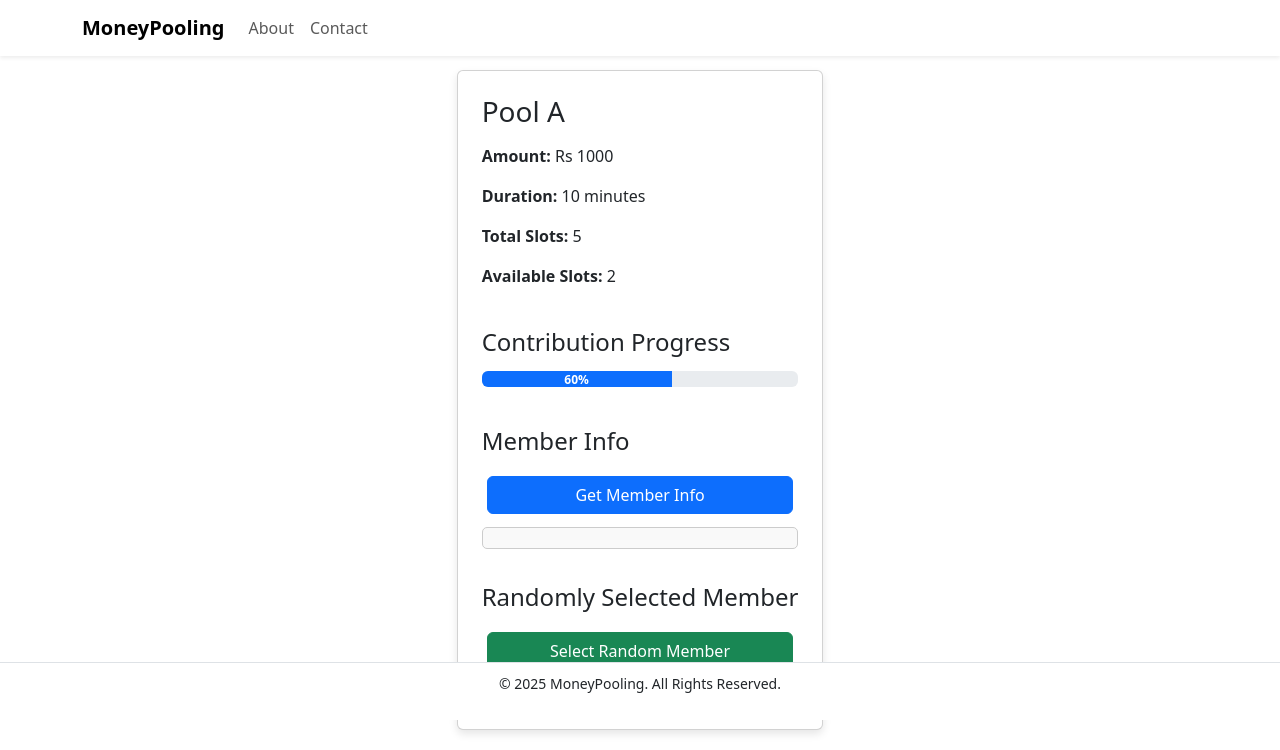
Repository: xxgautm420/MoneyPool
Page: http://localhost/progress
The author's editor kept a copy of each file at every save. The page is drawn from the files as they stood at one save, then again after the next save.
The browser window is 1280 px wide. The pictures show the whole page.
The page is served by the project's application, run on Flask 3 (app.py).

Above is the page before, as saved 2025-03-02 14:11:23.

After the next save:
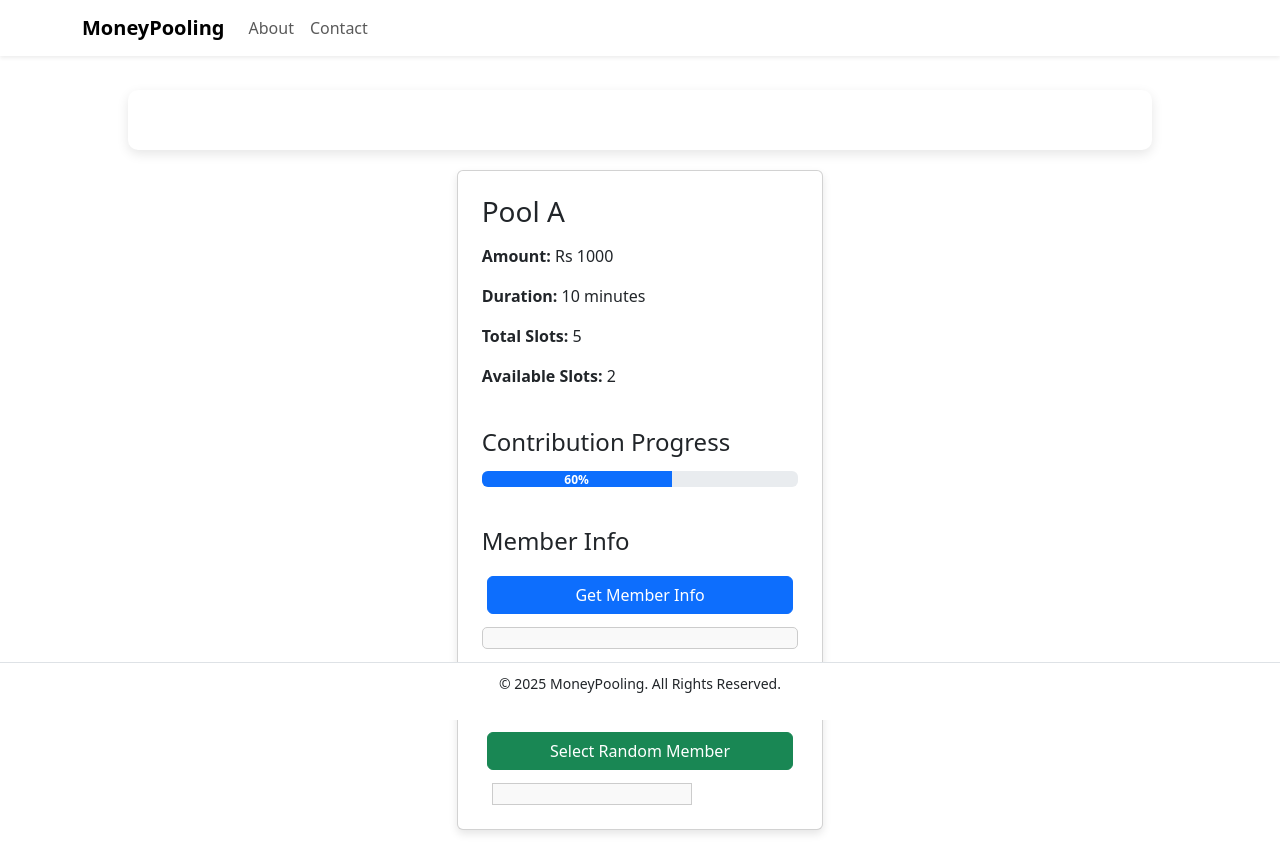
Saved 6 s later.
--- a/templates/progress.html
+++ b/templates/progress.html
@@ -59,7 +59,7 @@
     </div>
 
     <!-- Main Content -->
-     <div class="main"></div>
+     <div class="main-container"></div>
         <div class="card p-4">
             <h3 id="poolName">Pool A</h3>
             <p><strong>Amount:</strong> Rs <span id="poolAmount">1000</span></p>
